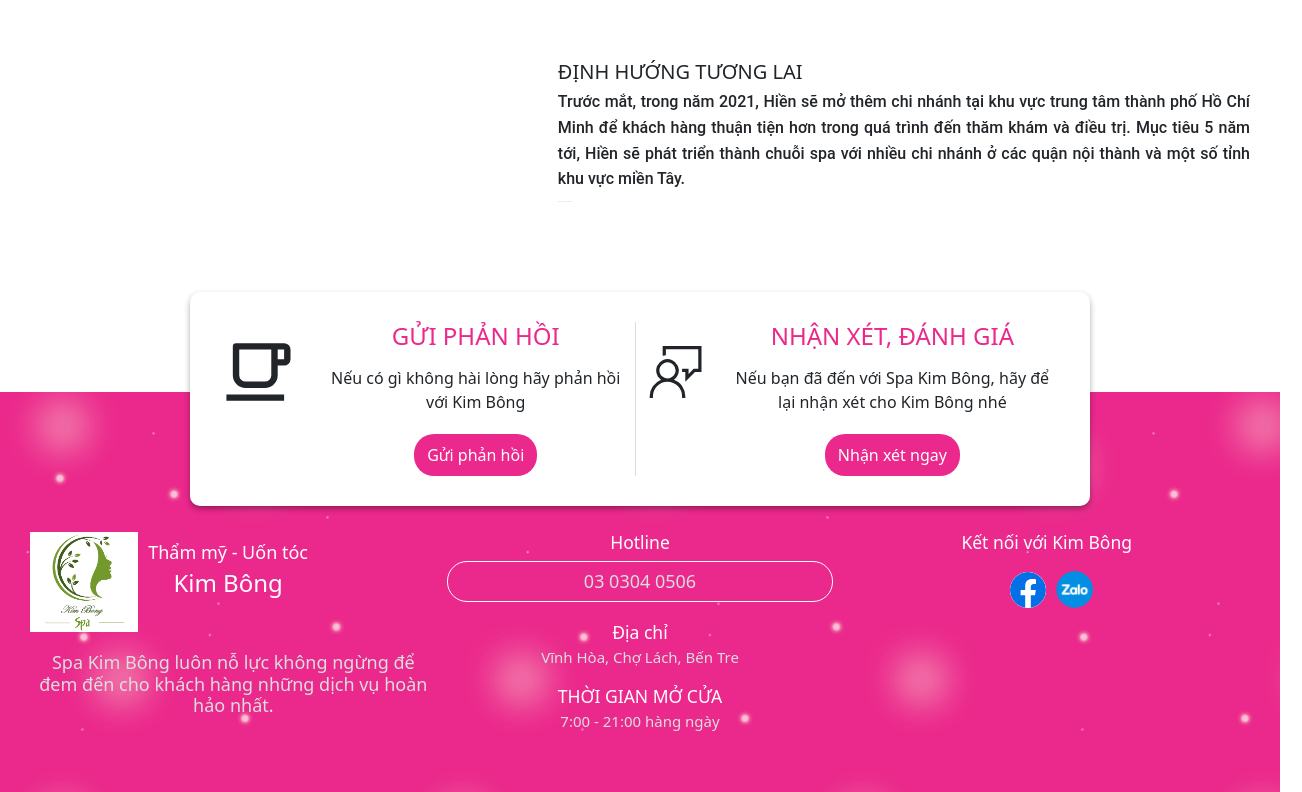
Repository: tranduykhuong/SpaKimBong
Page: /about
The author's editor kept a copy of each file at every save. The page is drawn from the files as they stood at one save, then again after the next save.
The browser window is 1280 px wide. The page is 1302 px wide, so the pictures cover 1302 px, including what lies to the right of the window. The pictures show the part of the page from y = 2229 to 3021 px (the page is 3021 px tall).
The project was rebuilt for these pictures with package versions that can differ from the ones it lists, and the page was loaded fresh each time. Also part of the build but not shown: src/components/Header/Slider/slider.scss, src/components/Header/Slider/Slider.js, src/components/Header/ListImage/listImage.scss, src/components/Header/ListImage/ListImage.js, src/pages/Home/home.scss, src/pages/Home/ListImage/listImage.scss, src/pages/Home/ListImage/ListImage.js, src/pages/Home/BookOnline/bookOnl.scss and 6 more.

Above is the page before, as saved 2022-06-03 14:49:08.

### src/App.js
import "./App.css";
import Header from "./components/Header/Header";
import Home from "./pages/Home/Home";
import "bootstrap/dist/css/bootstrap.min.css";
import { Route, Routes } from "react-router-dom";
import About from "./pages/About/About";

function App() {
  return (
    <div className="App">
      <Header />
      <Routes>
        <Route path="/" element={<Home />} />
        <Route path="/about" element={<About />} />
      </Routes>
    </div>
  );
}

export default App;

### src/components/Header/Header.js
import React, { useEffect, useState } from "react";
import "./header.scss";
import { BsSearch, BsFacebook } from "react-icons/bs";
import { BiPhoneCall } from "react-icons/bi";
import Slider from "./Slider/Slider";
import ListImage from "./ListImage/ListImage";
import { Link, useLocation } from "react-router-dom";

function Header() {
  const path = useLocation().pathname;
  const [fixedNavbar, setFixedNavbar] = useState(false);

  useEffect(() => {
    // set fixed navbar
    const handleScroll = () => {
      if (window.scrollY < 1) {
        setFixedNavbar(true);
      }

      if (window.scrollY > 170) setFixedNavbar(true);
      else setFixedNavbar(false);
    };

    window.addEventListener("scroll", handleScroll);

    // cleanup function
    return () => {
      window.removeEventListener("scroll", handleScroll);
    };
  }, []);

  return (
    <div className="header">
      <div className={"infor " + (fixedNavbar ? "mg-navbar" : "")}>
        <div className="logo">
          <img src="../../img/logoSpa.png" alt="" />
          <div className="nameSpa">
            <h4>Thẩm mỹ - Uốn tóc</h4>
            <h2>Kim Bông</h2>
          </div>
        </div>

        <div className="search">
          <input type="text" placeholder="Tìm kiếm sản phẩm/ bài viết ..." />
          <a className="icon">
            <BsSearch className="iconSearch" />
          </a>
        </div>

        <div className="contact">
          <a href="/" className="icon">
            <BsFacebook className="iconFacebook" />
          </a>
          <a href="/" className="icon">
            <img src="../../img/Zalo.png" alt="" className="iconZalo" />
          </a>

          <div className="phone">
            <BiPhoneCall className="iconPhone" />
            <h3>03 0304 0506</h3>
          </div>
        </div>
      </div>
      <div className={"myNavbar " + (fixedNavbar ? "fixedNavbar" : "")}>
        <div className="navbarContent">
          <ul className="navbarList">
            <li className={path === "/" ? "active" : ""}>
              <Link to="/">TRANG CHỦ</Link>
            </li>
            <li className={path === "/about" ? "active" : ""}>
              <Link to="/about">GIỚI THIỆU</Link>
            </li>
            <li className={path === "/skin" ? "active" : ""}>
              <Link to="/">CHĂM SÓC DA</Link>
            </li>
            <li className={path === "/acne" ? "active" : ""}>
              <Link to="/">TRỊ MỤN</Link>
            </li>
            <li className={path === "/open-time" ? "active" : ""}>
              <Link to="/">LỊCH MỞ CỬA</Link>
            </li>
          </ul>
        </div>
      </div>
      {/* <Slider /> */}
      {/* <ListImage /> */}
    </div>
  );
}

export default Header;

### src/pages/About/About.js
import "./About.scss";
import React from "react";
import Footer from "./../../components/Footer/Footer";

const About = () => {
  return (
    <div>
      <div className="container1">
        <div className="container-image"></div>

        <div className="container-background-content">
          <div className="container-content">
            <div className="content-left">
              <div className="title">
                <h1>
                  HIỀN VÂN SPA XUẤT PHÁT TỪ NIỀM ĐAM MÊ & KẾT QUẢ CỦA SỰ NỖ LỰC
                </h1>
              </div>
              <div className="box">
                <div className="box-content-img">
                  <div className="image">
                    <img
                      width={200}
                      height={100}
                      src="https://i.pinimg.com/originals/2c/84/5a/2c845a66b8ad2a8aafd288bdc16cd459.jpg"
                    ></img>
                  </div>
                  <div className="content">
                    <p>
                      Hiền cảm thấy vô cùng tự hào khi spa của mình đã nhận được
                      sự tin tưởng của hàng chục nghìn khách hàng khu vực TPHCM
                      và nhiều tỉnh thành lân cận. Thậm chí nhiều bạn không quản
                      ngại đường xá xa xôi, di chuyển từ tận miền Trung, miền
                      Bắc đến điều trị.
                    </p>
                  </div>
                </div>
                <div className="box-content">
                  <div className="content">
                    <p>
                      Hiền Vân Spa cũng may mắn nhận được sự ủng hộ và chung tay
                      của nhóm thiện nguyện Golden Heart đến từ các mạnh thường
                      quân tại nước ngoài như Mỹ, Anh, Australia, Israel,… Họ
                      biết đến Hiền Vân thông qua kênh Youtube. Golden Heart cảm
                      thấy đồng cảm với những khách hàng bị mụn nặng nhưng điều
                      kiện kinh tế khó khăn. Vì vậy họ quyết định đồng hành và
                      tài trợ miễn phí 100%. Tất cả các ca điều trị mụn miễn phí
                      do Golden Heart tài trợ đều được nhận thẻ bảo hành vĩnh
                      viễn, chăm sóc da định kỳ hàng tháng, cam kết mụn không
                      tái phát. Tính đến năm 2021, Hiền Vân Spa cùng quỹ Golden
                      Heart đã hỗ trợ cho hơn 100 ca điều trị mụn hoàn toàn miễn
                      phí, giúp họ tự tin hơn trong cuộc sống với một diện mạo
                      mới.
                    </p>
                  </div>
                </div>

                <div className="box-content">
                  <div className="content">
                    <p>
                      Hiền hiểu rằng, chi phí là vấn đề khách hàng vô cùng quan
                      tâm, nhưng thay vì đi theo cách thức giảm giá sâu như các
                      thương hiệu khác, Hiền tập trung nâng cao chất lượng, giúp
                      khách hàng điều trị các vấn đề da an toàn, hiệu quả trong
                      thời gian ngắn nhất và duy trì kết quả bền vững nhất. Điều
                      này gián tiếp giúp khách hàng tiết kiệm được chi phí. Bạn
                      có thể chỉ bỏ ra 99K, 199K để điều trị mụn giá rẻ tại các
                      cơ sở khác nhưng mụn không giảm, thậm chí viêm nhiễm, lây
                      lan bởi lẽ “tiền nào của đó”. 1 liệu trình “hời hợt” không
                      đủ để giúp bạn giải quyết triệt để các vấn đề da.
                    </p>
                  </div>
                </div>
              </div>
            </div>
            <div className="image-right">
              <div className="image-box">
                <img
                  width={534}
                  height={800}
                  src="https://cdn.hienvanspa.com/uploads/2021/03/do-thu-hien-foulder-hienvanspa.png"
                ></img>
              </div>
            </div>
          </div>
        </div>

        <div className="container-background-founder">
          <div className="box-founder">
            <div className="founder-left"></div>
            <div className="info-founder">
              <div className="text-info">
                <h2>
                  <strong>nhà sáng lập</strong>
                </h2>
                <h3>
                  <span>Chuyên gia Đỗ Thu Hiền</span>
                </h3>
                <p>
                  Được mệnh danh là Bàn tay vàng trị mụn với kinh nghiệm hơn 20
                  năm trong nghề. Tính đến thời điểm hiện tại, Chuyên gia Đỗ Thu
                  Hiền đã tiếp nhận và điều trị thành công cho hàng chục ngàn
                  khách hàng trên khắp cả nước, giúp họ sở hữu ngoại hình đẹp để
                  tự tin trong cuộc sống.Bên cạnh đó, Chuyên gia Đỗ Thu Hiền
                  cũng đào tạo cho hơn 100 học viên tại Hiền Vân Academy, mang
                  lại cho họ cơ hội việc làm tốt, trở thành kỹ thuật viên, chủ
                  spa giỏi.
                </p>
              </div>
            </div>
          </div>
        </div>

        <div className="container-bg-future-orientation">
          <div className="container-future-orientation">
            <div className="future-orientation-left"></div>
            <div className="future-orientation-right">
              <div className="content">
                <h2>ĐỊNH HƯỚNG TƯƠNG LAI</h2>
                <p>
                  Trước mắt, trong năm 2021, Hiền sẽ mở thêm chi nhánh tại khu
                  vực trung tâm thành phố Hồ Chí Minh để khách hàng thuận tiện
                  hơn trong quá trình đến thăm khám và điều trị. Mục tiêu 5 năm
                  tới, Hiền sẽ phát triển thành chuỗi spa với nhiều chi nhánh ở
                  các quận nội thành và một số tỉnh khu vực miền Tây.
                </p>
                Bên cạnh đó, Hiền sẽ tiếp tục phát triển mô hình Hiền Vân
                Academy, hỗ trợ dạy nghề cho các bạn có niềm đam mê với lĩnh vực
                làm đẹp.
              </div>
              <div className="3-box-image">

              </div>
            </div>
          </div>
        </div>
      </div>

      <Footer />
    </div>
  );
};

export default About;

### src/components/Header/header.scss
$height-navbar: 5rem;

.header {
    .mg-navbar {
        margin-bottom: $height-navbar;
    }

    .infor {
        max-width: 1200px;
        padding: .6rem 0;
        display: flex;
        justify-content: space-between;

        .logo {
            display: flex;
            flex: 1;

            img {
                height: 10rem;
            }

            .nameSpa {
                color: #eb288c;
                margin: auto 0;

                h4 {
                    font-size: 1.8rem;
                    font-weight: 500;
                }

                h2 {
                    font-size: 2.4rem;
                }
            }
        }


        .search {
            margin: auto 0;
            border-radius: 50px;
            border: solid .1rem #eb288c;
            height: 37px;
            display: flex;

            input {
                font-size: 1.4rem;
                margin: auto 16px;
                min-width: 26rem;
                border: none;
                outline: none;
            }

            .icon {
                margin: auto 10px;
                cursor: pointer;
            }

            .iconSearch {
                width: 1.8rem;
                height: 1.8rem;
                color: #eb288c;

                &:hover {
                    color: #f867b2;
                }
            }
        }

        .contact {
            display: flex;
            margin-left: 20px;

            .icon {
                margin: auto 0;
                margin-left: 10px;

            }

            .iconFacebook {
                width: 2.8rem;
                height: 2.8rem;
                color: rgba($color: #0570e6, $alpha: 1.0);
            }

            .iconZalo {
                width: 2.8rem;
                height: 2.8rem;
                border-radius: 50%;
            }

            .phone {
                margin: auto 0;
                margin-left: 20px;
                display: flex;

                .iconPhone {
                    width: 2.6rem;
                    height: 2.6rem;
                }

                h3 {
                    font-size: 1.4rem;
                    font-weight: 500;
                    margin: auto 4px;
                }
            }

        }
    }

    .fixedNavbar {
        position: fixed;
        top: 0;
        left: 0;
        z-index: 50;
        width: 100%;
        animation: fixedNavbar 1s forwards;
    }

    @keyframes fixedNavbar {
        from {
            top: -5rem;
            opacity: 0;
        }

        to {
            top: 0;
            opacity: 1;
        }
    }

    .myNavbar {
        height: $height-navbar;
        background-color: #eb288c;

        .navbarContent {
            max-width: 1200px;
            margin: 0 auto;

            .navbarList {
                display: flex;
                margin: 0 1rem;
                // justify-content: space-evenly;

                li {
                    list-style: none;

                    a {
                        line-height: $height-navbar;
                        height: $height-navbar;
                        display: block;
                        color: #fff;
                        font-size: 1.6rem;
                        font-weight: 600;
                        text-decoration: none;
                        padding: 0 2rem;
                    }

                    &:hover {
                        background-color: #f844a1;
                        cursor: pointer;
                    }
                }

                .active {
                    background-color: #dd0876;
                }
            }
        }
    }
}

### src/components/Footer/Footer.js
import React, { useEffect } from "react";
import "./footer.scss";
import { BsFacebook } from "react-icons/bs";
import { RiCupLine } from "react-icons/ri";
import { VscFeedback } from "react-icons/vsc";

const Footer = () => {
  return (
    <div className="footer">
      <div className="logo">
        <div className="info">
          <img src="../../img/logoSpa.png" alt="" />
          <div className="nameSpa">
            <h4>Thẩm mỹ - Uốn tóc</h4>
            <h2>Kim Bông</h2>
          </div>
        </div>

        <h5>
          Spa Kim Bông luôn nỗ lực không ngừng để đem đến cho khách hàng những
          dịch vụ hoàn hảo nhất.
        </h5>
      </div>

      <div className="address">
        <h3>Hotline</h3>
        <div className="hotline">03 0304 0506</div>
        <h3>Địa chỉ</h3>
        <h4>Vĩnh Hòa, Chợ Lách, Bến Tre</h4>
        <h3>THỜI GIAN MỞ CỬA</h3>
        <h4>7:00 - 21:00 hàng ngày</h4>
      </div>
      <div className="contact">
        <h3>Kết nối với Kim Bông</h3>
        <a href="/" className="icon">
          <BsFacebook className="iconFacebook" />
        </a>
        <a href="/" className="icon">
          <img src="../../img/Zalo.png" alt="" className="iconZalo" />
        </a>
      </div>

      <div className="subFooter">
        <div className="report">
          <RiCupLine className="icon" />
          <div>
            <h3>Gửi phản hồi</h3>
            <p>Nếu có gì không hài lòng hãy phản hồi với Kim Bông</p>
            <div className="btn">Gửi phản hồi</div>
          </div>
        </div>
        <div className="feedback">
          <VscFeedback className="icon" />
          <div>
            <h3>Nhận xét, Đánh giá</h3>
            <p>
              Nếu bạn đã đến với Spa Kim Bông, hãy để lại nhận xét cho Kim Bông
              nhé
            </p>
            <div className="btn">Nhận xét ngay</div>
          </div>
        </div>
      </div>
    </div>
  );
};

export default Footer;

### src/pages/About/About.scss
.container1 {
  .container-image {
    width: 100%;
    height: 400px;
    // padding: 5rem;
    // display: flex;
    align-items: center;
    justify-content: center;
    background-image: url("https://i.pinimg.com/originals/2c/84/5a/2c845a66b8ad2a8aafd288bdc16cd459.jpg");
  }
  .container-background-content {
    background-image: url("https://i.pinimg.com/originals/2c/84/5a/2c845a66b8ad2a8aafd288bdc16cd459.jpg");

    .container-content {
      display: flex;
      width: 100%;
      background-color: rgba(255, 255, 255, 0.85);

      .content-left {
        width: 60%;
        padding: 0 35px 30px;
        margin-left: 100px;
        text-align: left;

        .title {
          margin: 30px 0;
          h1 {
            font-size: 3rem;
            font-weight: bolder;
            line-height: 1.6;
          }
        }

        .box {
          .box-content-img {
            background-color: #eb288c;
            border-radius: 37px;
            margin-bottom: 30px;
            .image {
              padding: 20px 20px 0 20px;

              img {
                width: 100%;
                height: 200px;
              }
            }

            .content {
              padding: 0 20px 30px 20px;

              p {
                font: 16px Roboto, sans-serif;
                text-align: justify;
                line-height: 1.6;
                color: white;
                font-weight: 500;
              }
            }
          }

          .box-content {
            background-color: #eb288c;
            border-radius: 37px;
            margin-bottom: 30px;

            .content {
              padding: 20px 20px 30px 20px;

              p {
                font: 16px Roboto, sans-serif;
                text-align: justify;
                line-height: 1.6;
                color: white;
                font-weight: 500;
              }
            }
          }
        }
      }

      .image-right {
        width: 40%;
        .image-box {
          padding: 400px 0px 0px;
          img {
            padding: 0 100px 30px 30px;
          }
        }
      }
    }
  }
  .container-background-founder {
    background-image: url("https://i.pinimg.com/originals/2c/84/5a/2c845a66b8ad2a8aafd288bdc16cd459.jpg");

    .box-founder {
      display: flex;
      width: 100%;

      .founder-left {
        width: 55%;
      }

      .info-founder {
        width: 45%;
        text-align: left;
        .text-info {
          padding: 0 30px 30px;
          margin: 30px 0 30px;

          h2 {
            text-transform: uppercase;
            font-family: Roboto, sans-serif;
            font-size: 40px;
            letter-spacing: 0.05em;
            margin: 0 0 13px;
            color: #be8c28;
          }
          h3 {
            font-family: Roboto, sans-serif;
            font-size: 30px;
            font-weight: bold;
            letter-spacing: 0.05em;
            margin: 0 0 10px;
            color: white;
          }
          p {
            font-family: Roboto, sans-serif;
            font-size: 16px;
            margin: 0 0 21px;
            color: white;
            line-height: 1.6;
            padding-right: 120px;
          }
        }
      }
    }
  }

  .container-bg-future-orientation {
    .container-future-orientation {
      display: flex;
      width: 100%;
      margin-top: 30px;

      .future-orientation-left {
        width: 41.6666666667%;
      }

      .future-orientation-right {
        width: 59.3333333333%;
        padding: 30px 30px 30px;
        text-align: left;

        .content {
          p {
            font: 16px Roboto, sans-serif;
            text-align: justify;
            line-height: 1.6;
            font-weight: 500;
          }
        }
      }
    }
  }
}

### src/components/Footer/footer.scss
$title-color: #fff;

.footer {
    background-image: url(../../../public/img/sparkle1.png), url(../../../public/img/sparkle2.png);
    width: 100%;
    height: 400px;
    background-color: #eb288c;
    animation: sparkle 60s linear infinite;
    padding: 14rem 3rem 0;
    display: flex;
    justify-content: space-around;
    position: relative;
    margin-top: 16rem;

    .logo {
        flex: 1;

        .info {
            display: flex;

            img {
                height: 10rem;
            }

            .nameSpa {
                color: $title-color;
                margin: 1rem;

                h4 {
                    font-size: 1.8rem;
                    font-weight: 500;
                }

                h2 {
                    font-size: 2.4rem;
                }
            }
        }

        h5 {
            margin: 2rem .6rem;
            font-size: 1.8rem;
            font-weight: 400;
            color: #ddd;
        }
    }

    .contact {
        flex: 1;

        h3 {
            margin-bottom: 1.8rem;
            color: $title-color;
        }

        .icon {
            margin: auto 0;
            margin-left: 10px;

        }

        .iconFacebook {
            width: 3.6rem;
            height: 3.6rem;
            color: rgba($color: #0570e6, $alpha: 1.0);
            background-color: $title-color;
            border-radius: 50%;
        }

        .iconZalo {
            width: 3.7rem;
            height: 3.7rem;
            border-radius: 50%;
        }
    }

    .address {
        color: #ddd;
        flex: 1;

        h3 {
            // margin-bottom: 2rem;
            color: $title-color;
        }

        h4 {
            margin-bottom: 2rem;
        }

        .hotline {
            padding: .6rem;
            font-size: 1.8rem;
            margin: .8rem 1rem 2rem;
            border: 1px solid $title-color;
            border-radius: 2rem;

            &:hover {
                color: $title-color;
                cursor: pointer;
            }
        }
    }

    @keyframes sparkle {
        0% {
            background-position: 0px 0px, 0px 0px, 0px 0px;
        }

        100% {
            background-position: -500px -1000px, -400px -400px, 300px 300px;
        }
    }

    .subFooter {
        width: 100%;
        max-width: 90rem;
        min-height: 20rem;
        box-shadow: 0 3px 6px -4px rgba(0, 0, 0, 0.2), 0 3px 6px rgba(0, 0, 0, 0.3);

        background-color: #fff;
        border-radius: 1rem;
        z-index: 50;
        top: -10rem;
        left: 50%;
        transform: translateX(-50%);
        position: absolute;
        display: flex;
        padding: 3rem;
        justify-content: space-around;

        .report,
        .feedback {
            display: flex;
            flex: 1;
            justify-content: center;

            h3 {
                text-transform: uppercase;
                font-size: 2.4rem;
                color: #eb288c;
            }

            p {
                font-size: 1.6rem;
                padding: 1rem;
            }

            .icon {
                height: 10rem;
                width: 10rem;
                margin-right: 2rem;
            }

            .btn {
                padding: 0.8rem 1.2rem;
                background-color: #eb288c;
                border-radius: 2rem;
                font-size: 1.6rem;
                color: #fff;

                &:hover {
                    background-color: #cc1574;
                }
            }
        }

        .report {
            border-right: 1px solid #ddd;
        }

        .feedback {
            margin-left: 1rem;
        }
    }
}

Loaded but not shown: public/index.html (common file); src/index.js (common file); src/index.css (common file); src/reportWebVitals.js (common file); src/App.css (common file)

After the next save:
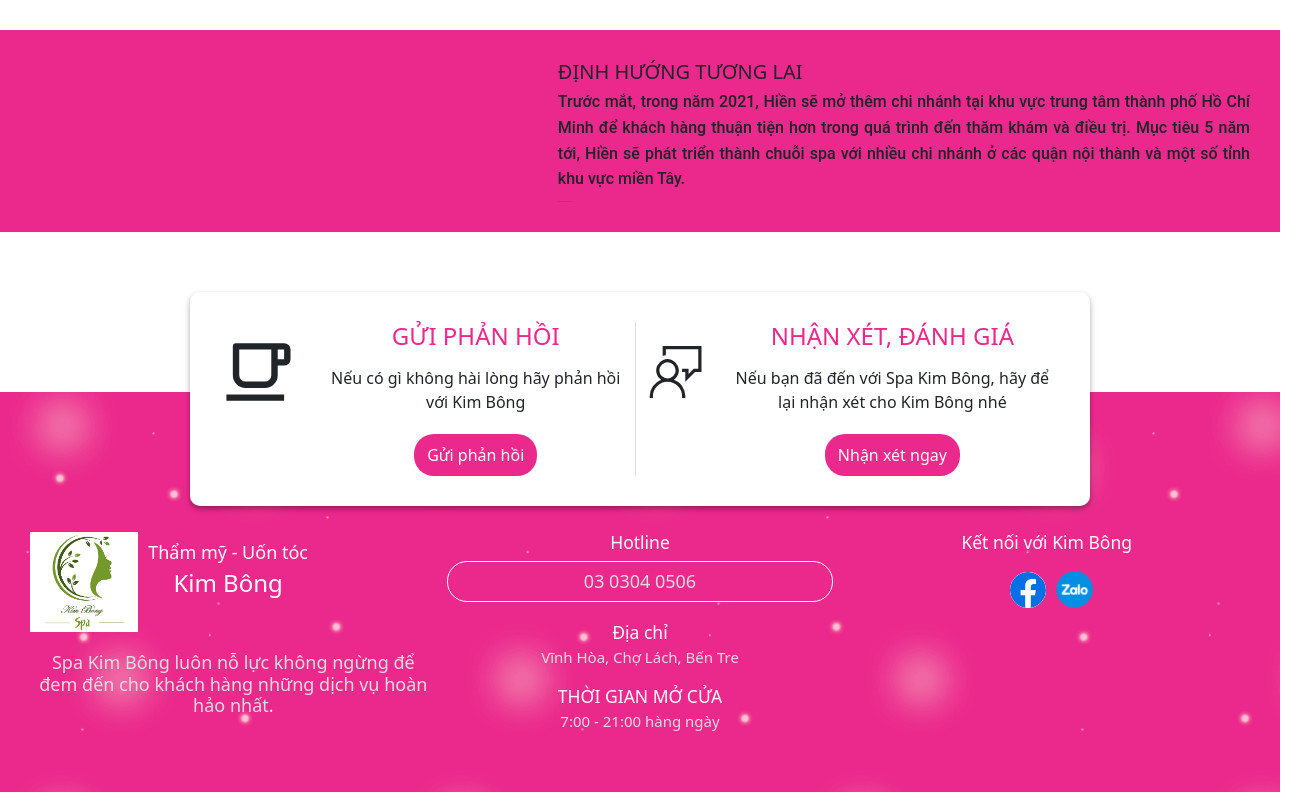
Saved 22 s later.
--- a/src/pages/About/About.scss
+++ b/src/pages/About/About.scss
@@ -137,6 +137,7 @@
   }
 
   .container-bg-future-orientation {
+    background-color: #eb288c;
     .container-future-orientation {
       display: flex;
       width: 100%;
